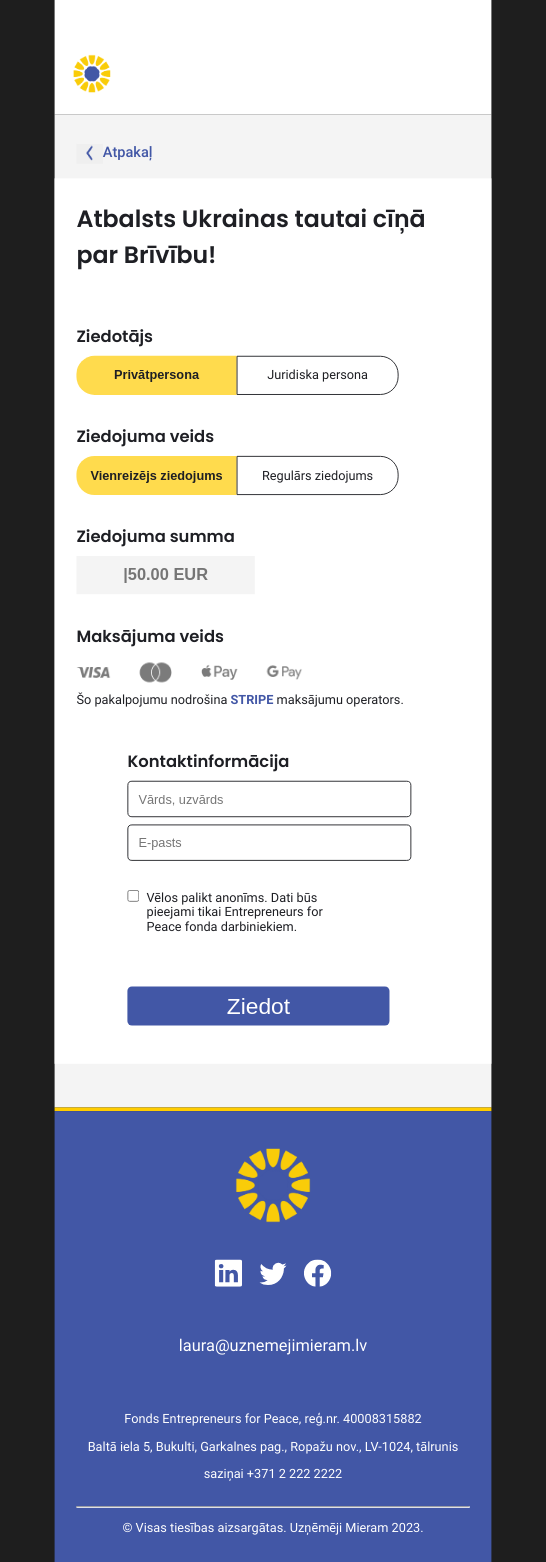
Repository: KatrinaPa/projekts_jul
Page: donate_Ukr-private-onetime.html
These files come from the project's save history. The page is drawn as it stood at one moment and after the next save; the edit follows.
The browser window is 600 px wide. The pictures show the whole page, at 91% of full size.

Above is the page before, as saved 2023-07-24 12:47:04.
Console error: TypeError: Cannot read properties of null (reading 'addEventListener')

### donate_Ukr-private-onetime.html
<!DOCTYPE html>
<html lang="en">

<head>
    <meta charset="UTF-8">
    <meta http-equiv="X-UA-Compatible" content="IE=edge">
    <meta name="viewport" content="width=device-width, initial-scale=1.0">
    <title>Ukrainas tautai</title>
    <link href="https://fonts.googleapis.com/css2?family=Jost:wght@400;700&display=swap" rel="stylesheet" />
    <link rel="stylesheet" href="assets/main.css" />
    <link rel="stylesheet" href="assets/donate-page.css" />
    <link rel="stylesheet" href="assets/donate-page-private-onetime.css" />
    <link rel="stylesheet" href="https://cdnjs.cloudflare.com/ajax/libs/font-awesome/6.2.0/css/all.min.css" />
    <script src="assets/main.js" defer></script>
</head>

<body>
    <div class="panel">
        <header class="header">
            <div class="header-content">
                <nav class="navbar">
                    <a href="sakums.html" id="project-nav-home"><img src="assets/images/UM_logo.png"
                            alt="uznemejiMieram" id="logo"></a>
                    <a href="sakums.html" id="project-nav-home-mob"><img src="assets/images/UM_simbols.png"
                            alt="uznemejiMieram" id="logo-mob"></a>
                </nav>
            </div>
        </header>
        <section id="donate_wrapper" class="donate_section">
            <div class="section-content">
                <div class="donate-centred">

                    <div class="back-toProject"><a href="sakums.html">
                            <button class="back-btn">
                                <img src="assets/images/arrow_left.png" alt="left" id="arrow-left">
                            </button>
                            <div>
                                <div>Atpakaļ</div>
                            </div>
                        </a></div>

                    <div class="donate_page">
                        <h1>Atbalsts Ukrainas tautai cīņā par Brīvību!</h1>
                        <div class="donation_type">
                            <h4>Ziedotājs</h4>
                            <div>
                                <button class="individual" id="individual-donate">Privātpersona</button>
                                <a href="donate_Ukr-legal-onetime.html" class="legal" id="legal-donate">Juridiska
                                    persona</a>
                            </div>
                            <h4>Ziedojuma veids</h4>
                            <div>
                                <button class="one-time" id="one-time-donate">Vienreizējs ziedojums</button>
                                <a href="donate_Ukr-private-regular.html" class="regular" id="regular-donate">Regulārs
                                    ziedojums</a>
                            </div>
                            <h4>Ziedojuma summa</h4>
                            <div>
                                <input class="enter-donation" type="text" placeholder="|50.00 EUR" />
                            </div>
                            <h4>Maksājuma veids</h4>
                            <div class="payment_logo">
                                <img src="assets/images/Visa_logo.png" alt="Visa" id="visa_logo">
                                <img src="assets/images/MasterCard_logo.png" alt="MasterCard" id="master-card_logo">
                                <img src="assets/images/applepay_logo.png" alt="Apple Pay" id="apple-pay_logo">
                                <img src="assets/images/googlepay_logo.png" alt="Google Pay" id="google-pay_logo">
                            </div>
                            <p>Šo pakalpojumu nodrošina <span>STRIPE</span> maksājumu operators.</p>
                        </div>
                        <div class="contact-details">
                            <h4>Kontaktinformācija</h4>
                            <form action="#" class="placehold_button">
                                <div class="inputs-details">
                                    <input type="text" placeholder="Vārds, uzvārds" />
                                    <input type="email" placeholder="E-pasts" />
                                </div>
                                <div class="checkbox_display">
                                    <div>
                                        <input type="checkbox" name="no-display" id="display-no" />
                                        <label for="display-no">Vēlos palikt anonīms. Dati būs pieejami tikai
                                            Entrepreneurs for Peace fonda darbiniekiem.</label>
                                    </div>
                                </div>
                                <button type="submit" class="buttonContinue">Ziedot</button>
                            </form>
                        </div>
                    </div>
                </div>
            </div>
        </section>
        <div class="yellow-bottom"></div>
        </main>
        <footer>
            <div class="about">
                <img src="assets/images/UM_simbols.png" alt="uznemejiMieram">
                <div class="social">
                    <svg xmlns="http://www.w3.org/2000/svg" width="30" height="30" fill="#ffffff" class="bi bi-linkedin"
                        viewBox="0 0 16 16">
                        <path
                            d="M0 1.146C0 .513.526 0 1.175 0h13.65C15.474 0 16 .513 16 1.146v13.708c0 .633-.526 1.146-1.175 1.146H1.175C.526 16 0 15.487 0 14.854V1.146zm4.943 12.248V6.169H2.542v7.225h2.401zm-1.2-8.212c.837 0 1.358-.554 1.358-1.248-.015-.709-.52-1.248-1.342-1.248-.822 0-1.359.54-1.359 1.248 0 .694.521 1.248 1.327 1.248h.016zm4.908 8.212V9.359c0-.216.016-.432.08-.586.173-.431.568-.878 1.232-.878.869 0 1.216.662 1.216 1.634v3.865h2.401V9.25c0-2.22-1.184-3.252-2.764-3.252-1.274 0-1.845.7-2.165 1.193v.025h-.016a5.54 5.54 0 0 1 .016-.025V6.169h-2.4c.03.678 0 7.225 0 7.225h2.4z" />
                    </svg>
                    <svg xmlns="http://www.w3.org/2000/svg" width="30" height="30" fill="#ffffff" class="bi bi-twitter"
                        viewBox="0 0 16 16">
                        <path
                            d="M5.026 15c6.038 0 9.341-5.003 9.341-9.334 0-.14 0-.282-.006-.422A6.685 6.685 0 0 0 16 3.542a6.658 6.658 0 0 1-1.889.518 3.301 3.301 0 0 0 1.447-1.817 6.533 6.533 0 0 1-2.087.793A3.286 3.286 0 0 0 7.875 6.03a9.325 9.325 0 0 1-6.767-3.429 3.289 3.289 0 0 0 1.018 4.382A3.323 3.323 0 0 1 .64 6.575v.045a3.288 3.288 0 0 0 2.632 3.218 3.203 3.203 0 0 1-.865.115 3.23 3.23 0 0 1-.614-.057 3.283 3.283 0 0 0 3.067 2.277A6.588 6.588 0 0 1 .78 13.58a6.32 6.32 0 0 1-.78-.045A9.344 9.344 0 0 0 5.026 15z" />
                    </svg>
                    <svg xmlns="http://www.w3.org/2000/svg" width="30" height="30" fill="#ffffff" class="bi bi-facebook"
                        viewBox="0 0 16 16">
                        <path
                            d="M16 8.049c0-4.446-3.582-8.05-8-8.05C3.58 0-.002 3.603-.002 8.05c0 4.017 2.926 7.347 6.75 7.951v-5.625h-2.03V8.05H6.75V6.275c0-2.017 1.195-3.131 3.022-3.131.876 0 1.791.157 1.791.157v1.98h-1.009c-.993 0-1.303.621-1.303 1.258v1.51h2.218l-.354 2.326H9.25V16c3.824-.604 6.75-3.934 6.75-7.951z" />
                    </svg>
                </div>
                <div class="contacts">
                    <p>laura@uznemejimieram.lv</p>
                    <p>Fonds Entrepreneurs for Peace, reģ.nr. 40008315882 <br> Baltā iela 5, Bukulti, Garkalnes pag.,
                        Ropažu
                        nov., LV-1024, tālrunis saziņai +371 2 222 2222</p>
                </div>
            </div>
            <div class="copy">
                <hr>
                <p>© Visas tiesības aizsargātas. Uzņēmēji Mieram 2023.</p>
            </div>
        </footer>
    </div>

</body>

</html>

### assets/donate-page.css
#donate_wrapper {
    background-color: #f4f4f4;
}

.donate_section {
    font-family: 'Roboto';
    padding: 0 3rem 0 3rem;
}

.donate-centred {
    display: flex;
    align-items: center;
    flex-direction: column;
}

.back-toProject {
    width: 54.5rem;
    padding: 2rem 0 1rem 0;
}

.back-toProject a {
    text-decoration: none;
    color: #4257A6;
    font-size: 16px;
    font-weight: 500;
    margin-block-start: 0;
    display: flex;
}

.back-btn {
    border: 0;
    cursor: pointer;
}

.back-btn img {
    width: 45%;
    padding-top: 0.1rem;
}

.donate_page {
    width: 54.5rem;
    background-color: #ffffff;
    color: #1E1F24;
    margin-bottom: 3rem;
}

h1 {
    color: #1E1F24;
    font-weight: 600;
    font-size: 37px;
    line-height: 45px;
    padding: 2.5rem 7rem 0 7rem;
    width: 60%;
}

.donation_type {
    padding: 0 7rem 0 7rem;
}

h4 {
    font-size: 18px;
    font-weight: 600;
    margin: 2rem 0 0.5rem 0;
    font-family: 'Poppins';
}

.donation_type div {
    display: flex;
    flex-direction: row;
    justify-content: flex-start;
}

.info-regular {
    display: flex;
    gap: 0.6rem;
}

.info-regular img {
    width: 18px;
    height: 18px;
    margin-block-start: 1.2rem;
}

.donation_type p {
    font-size: 14px;
    font-weight: 400;
    margin-block-start: 0.7rem;
}

.donation_type span {
    color: #4257A6;
    font-weight: 600;
}

.checkbox_display div {
    display: flex;
    flex-direction: row;
    align-items: flex-start;
    gap: 0.5rem;
    width: 60%;
}

#display-no {
    width: 1rem;
    margin: 0;
}

.checkbox_display label {
    font-size: 14px;
    font-weight: 400;
}

.one-time,
.individual {
    color: #1E1F24;
    font-size: 14px;
    width: 11.6rem;
    height: 2.68rem;
    display: flex;
    justify-content: center;
    align-items: center;
    text-decoration: none;
    border: none;
    border-radius: 20px 0 0 20px;
    font-weight: 400;
    cursor: pointer;
}

.legal,
.regular {
    color: #1E1F24;
    font-size: 14px;
    width: 11.6rem;
    height: auto;
    display: flex;
    justify-content: center;
    align-items: center;
    text-decoration: none;
    border-radius: 0 20px 20px 0;
    border: none;
    font-weight: 400;
    margin-block-end: 0;
    cursor: pointer;
}

.legal:hover,
.regular:hover,
.one-time:hover,
.individual:hover {
    background-color: #ffcc00;
    font-weight: 700;
}

.enter-donation {
    background-color: #f4f4f4;
    color: #615c5c;
    font-size: 18px;
    height: 2.5rem;
    width: 12rem;
    text-align: center;
    border: none;
    font-weight: 700;
    margin-block-start: 0;
}

.payment_logo {
    align-items: center;
    gap: 2rem;
    margin-top: 1rem;
}

#visa_logo,
#google-pay_logo,
#apple-pay_logo,
#master-card_logo {
    cursor: pointer;
}

.contact-details {
    display: flex;
    flex-direction: column;
    padding: 0 7rem 0 7rem;
}

.inputs-details {
    display: flex;
    gap: 1.5rem;
    margin-bottom: 1rem;
}

.contact-details input {
    border-radius: 5px;
    padding: 0.7rem 0.7rem;
    width: 100%;
    border: solid 1px #1E1F24;
    font-size: 14px;
}

.buttonContinue {
    margin: 3.6rem 0 2.6rem 0;
    width: 100%;
    background-color: #4257A6;
    color: #ffffff;
    font-size: 25px;
    font-weight: 500;
    height: 2.69rem;
    text-decoration: none;
    border-radius: 5px;
    border: none;
    cursor: pointer;
}

.yellow-bottom {
    height: 0.25rem;
    background-color: #ffcc00;
}

@media (min-width: 1280px) {

    .section-content {
        margin: 0 auto;
        padding: 0;
    }
}

@media screen and (max-width: 1279px) {

    .donate_section {
        padding: 0 5rem 0 5rem;
    }

    .back-toProject {
        width: 100%;
    }

    .donate_page {
        width: 100%;
    }

    h1 {
        padding: 2.5rem 5rem 0 5rem;
        width: 70%;
    }

    .donation_type {
        padding: 0 5rem 0 5rem;
    }

    .contact-details {
        padding: 0 5rem 0 5rem;
    }

    .inputs-details {
        gap: 0.5rem;
    }

    .checkbox_display div {
        width: 80%;
    }
}

@media screen and (max-width: 700px) {

    .donate_section {
        padding: 0;
    }

    .back-toProject {
        width: 90%;
    }

    h1 {
        padding: 1.5rem 1.5rem 0 1.5rem;
        width: 90%;
        font-size: 26px;
        line-height: 40px;
    }

    .donation_type {
        padding: 1.5rem 1.5rem 0 1.5rem;
    }

    .inputs-details {
        margin-bottom: 2rem;
        flex-direction: column;
    }

    .placehold_button {
        padding-right: 2rem;
    }

    .one-time,
    .regular,
    .individual,
    .legal {
        width: 11rem;
    }
}

### assets/donate-page-private-onetime.css
#one-time-donate {
    background-color: #FFDB4D;
    font-weight: 600;
    cursor: auto;
}

#regular-donate {
    background-color: #ffffff;
    border: 1px solid #1E1F24;
}

#regular-donate:hover {
    background-color: #ffcc00;
    border: none;
}

#individual-donate {
    background-color: #FFDB4D;
    font-weight: 600;
    cursor: auto;
}

#legal-donate {
    background-color: #ffffff;
    border: 1px solid #1E1F24;
}

#legal-donate:hover {
    background-color: #ffcc00;
    border: none;
}

Loaded but not shown: assets/main.js (97 lines, source omitted); assets/main.css (1433 lines, source omitted)

After the next save:
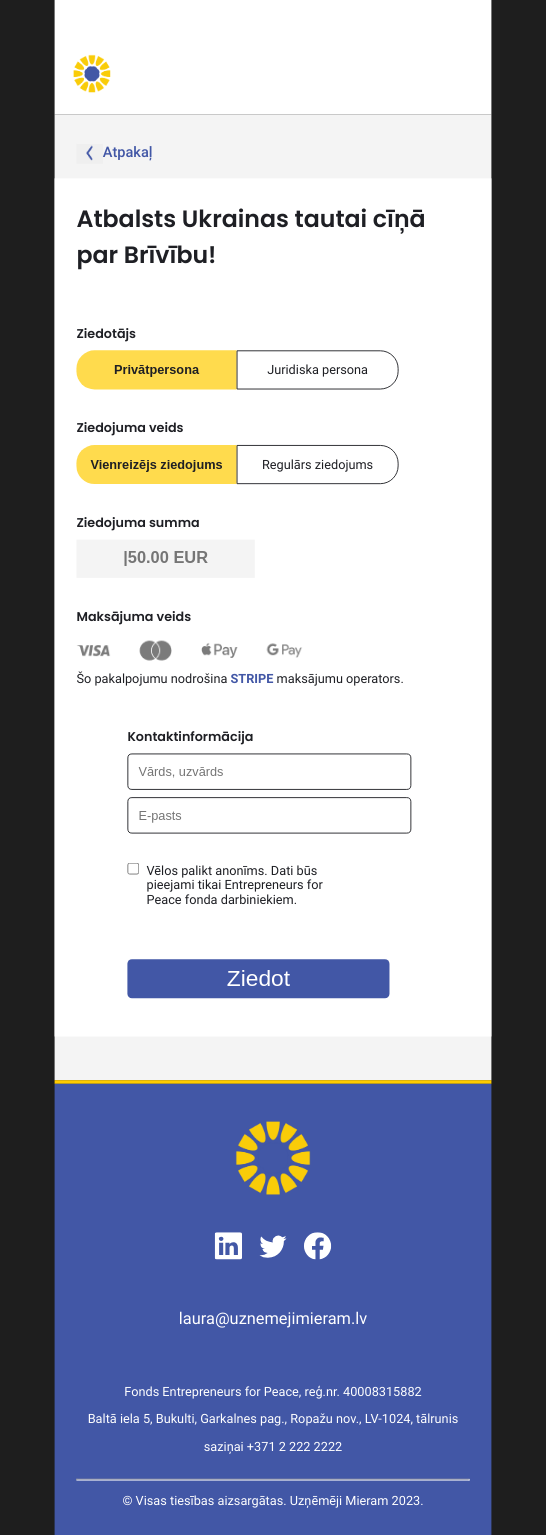
Saved 82 s later.
--- a/assets/donate-page.css
+++ b/assets/donate-page.css
@@ -280,6 +280,10 @@
         padding: 1.5rem 1.5rem 0 1.5rem;
     }
 
+    h4 {
+        font-size: 14px;
+    }
+
     .inputs-details {
         margin-bottom: 2rem;
         flex-direction: column;
